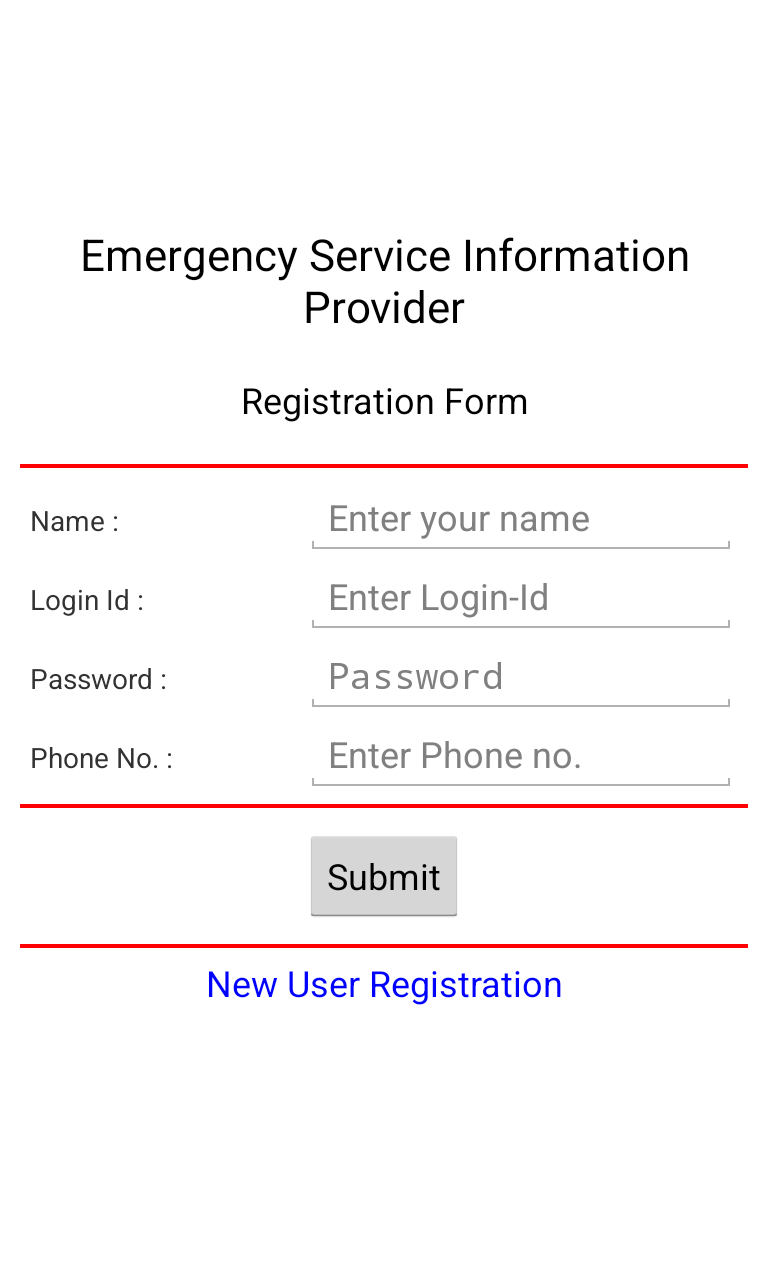
Repository: mansee8/Emergency-Service-Information-Provider
Layout: Emergency Service Information Provider/ESIP/ESIP/res/layout/user_registration.xml
An editor plug-in stored every save of this project. The layout is shown before and after the next save, followed by the edit.
It is drawn on a 768 x 1280 px phone screen (xhdpi) without system bars, with theme AppTheme; the app's code is not run.

Above is the layout before, as saved 2014-02-28 10:16:51.

After the next save:
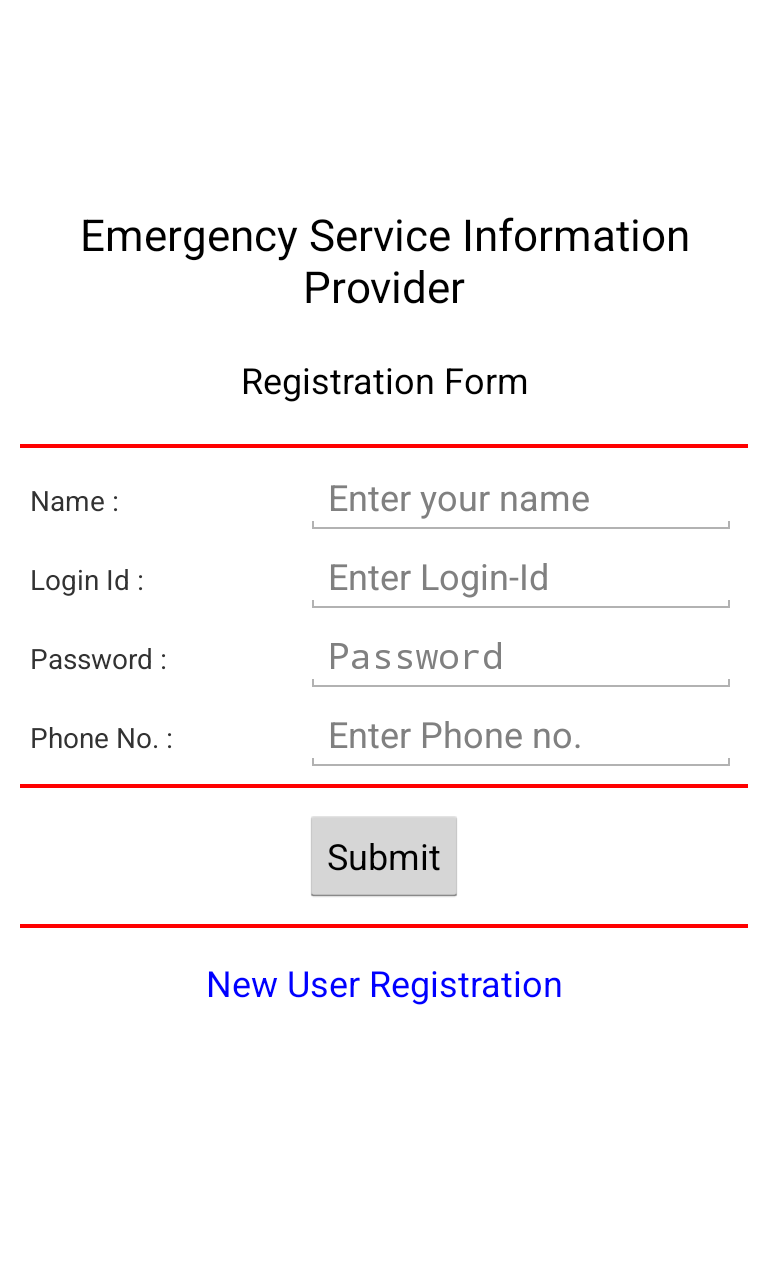
Saved 7 s later.
--- a/Emergency Service Information Provider/ESIP/ESIP/res/layout/user_registration.xml
+++ b/Emergency Service Information Provider/ESIP/ESIP/res/layout/user_registration.xml
@@ -123,7 +123,7 @@
             android:gravity="center"
             android:text="New User Registration"
             android:textAppearance="?android:attr/textAppearanceMedium"
-            android:layout_margin="5dp"
+            android:layout_margin="15dp"
             android:textColor="#0000FF" />
 
         <TextView
